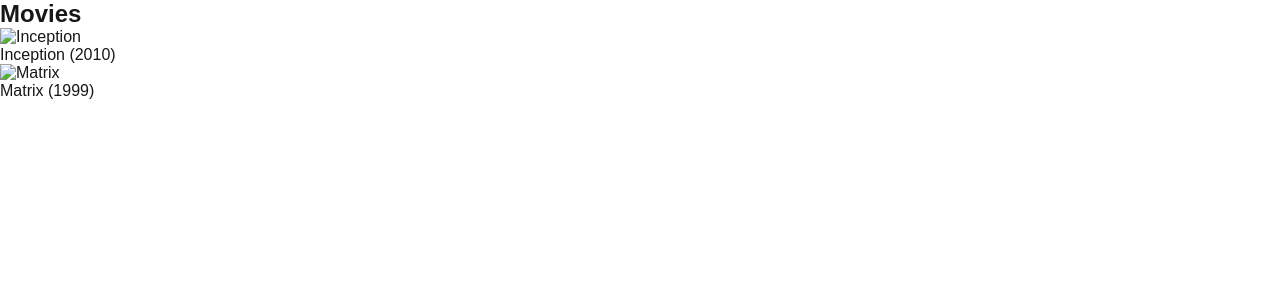
Repository: osoriomrs/ICS_IA
Page: /movies (app in ejer_11.1/)
The author's editor kept a copy of each file at every save. The page is drawn from the files as they stood at one save, then again after the next save.
The browser window is 1280 px wide. The pictures show the whole page.
The project was rebuilt for these pictures with package versions that can differ from the ones it lists, and the page was loaded fresh each time. The framework's server and built-in components were replaced by stand-ins that run in the browser. Also part of the build but not shown: ejer_11.1/next.config.mjs.

Above is the page before, as saved 2026-02-04 12:07:07.

After the next save:
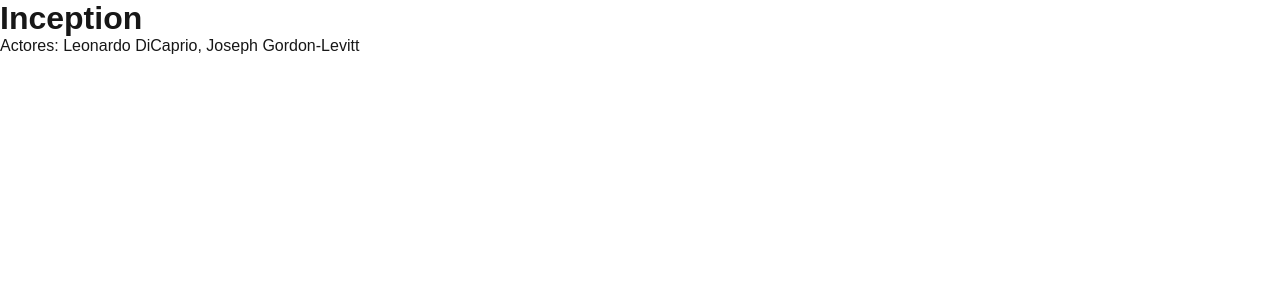
Saved 12 min 56 s later.
--- a/ejer_11.1/app/movies/page.js
+++ b/ejer_11.1/app/movies/page.js
@@ -1,21 +1,30 @@
 import Link from 'next/link';
-import { getAllMovies } from '@/lib/cinema';
 
-export default function MoviesPage() {
-  const movies = getAllMovies();
+export default function MovieDetailPage({ params }) {
+  const movie = {
+    title: "Inception",
+    actors: ["Leonardo DiCaprio", "Joseph Gordon-Levitt"] // Esto vendría de tu API
+  };
+
   return (
-    <section>
-      <h1>Movies</h1>
-      <ul>
-        {movies.map(movie => (
-          <li key={movie.id}>
-            <Link href={`/movies/${movie.id}`}>
-              <img src={movie.poster} alt={movie.title} width={150} />
-              <p>{movie.title} ({movie.year})</p>
-            </Link>
-          </li>
-        ))}
-      </ul>
-    </section>
+    <div>
+      <h1>{movie.title}</h1>
+
+      <p>
+        Actores:{' '}
+        {movie.actors && movie.actors.length > 0 ? (
+          movie.actors.map((actorName, index) => (
+            <span key={actorName}>
+              <Link href={`/actors/${actorName.toLowerCase().replace(/\s/g, '-')}`}>
+                {actorName}
+              </Link>
+              {index < movie.actors.length - 1 && ', '}
+            </span>
+          ))
+        ) : (
+          'No hay actores disponibles'
+        )}
+      </p>
+    </div>
   );
 }
